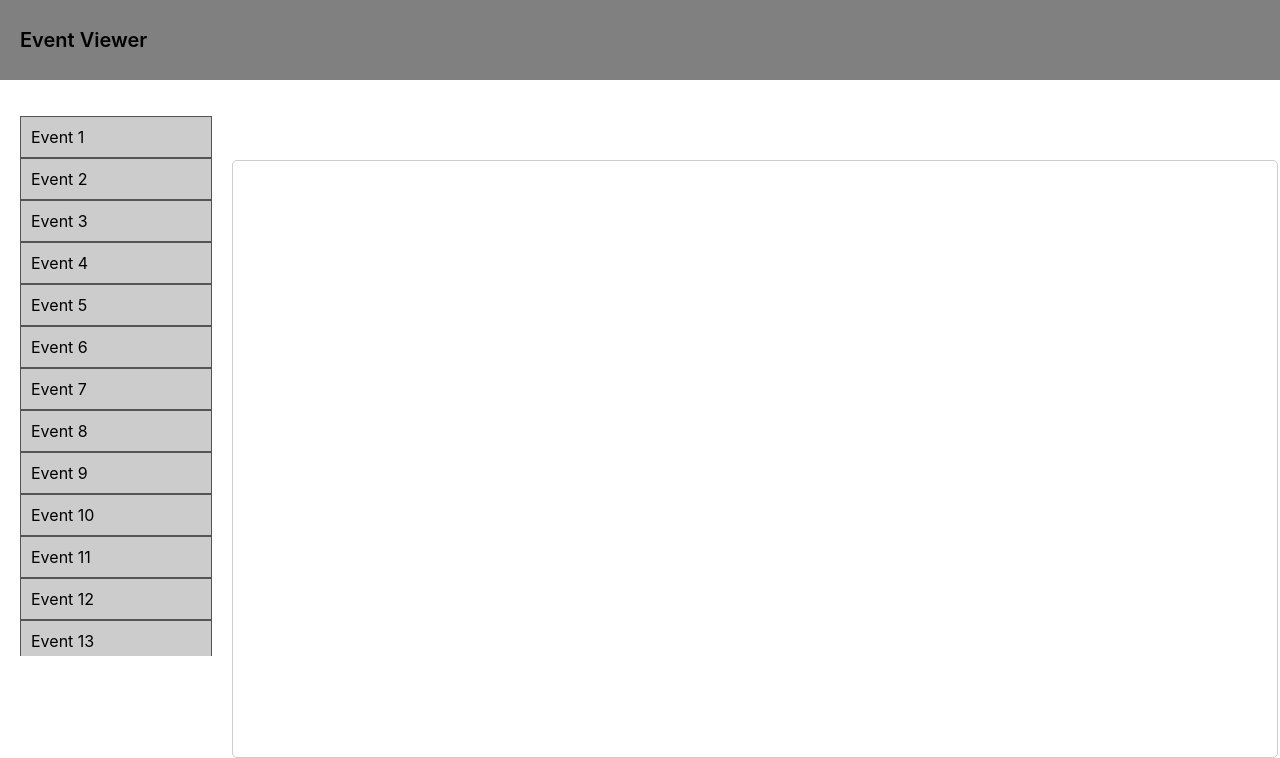
Repository: TauqeerHusain/Assignment
Page: /
An editor plug-in stored every save of this project. The page is shown before and after the next save, followed by the edit.
The browser window is 1280 px wide. The pictures show the whole page.
The project was rebuilt for these pictures with package versions that can differ from the ones it lists, and the page was loaded fresh each time.

Above is the page before, as saved 2023-02-07 11:14:00.

After the next save:
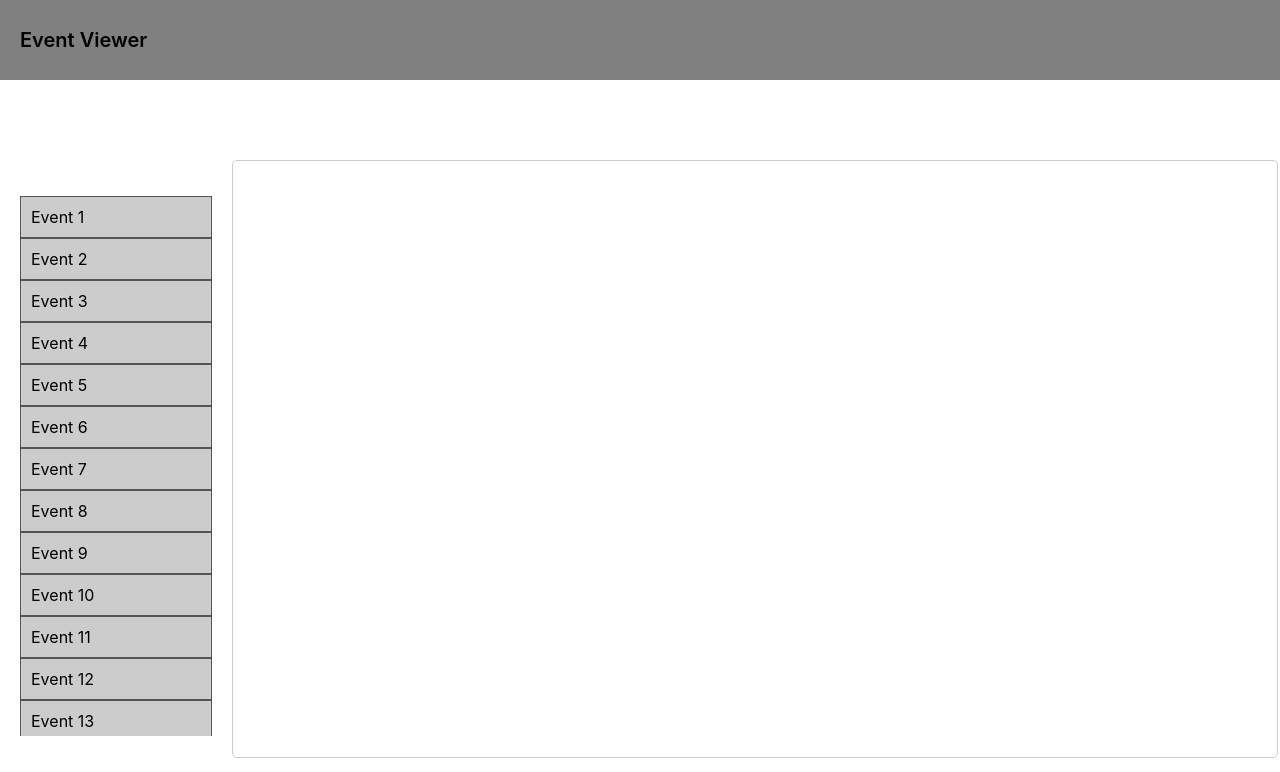
Saved 20 s later.
--- a/src/App.js
+++ b/src/App.js
@@ -528,7 +528,7 @@ const App = () => {
           ))}
         </div>
       </nav>
-      <div style={{ display: "flex" }}>
+      <div style={{ display: "flex", marginTop: 80 }}>
         <div style={{ width: "15%", padding: "20px" }}>
           <ul
             style={{
@@ -572,7 +572,6 @@ const App = () => {
             overflowY: "scroll",
             height: "80vh",
             width: "80%",
-            marginTop: 80,
             border: "1px solid #ccc",
             padding: 10,
             borderRadius: 5,
